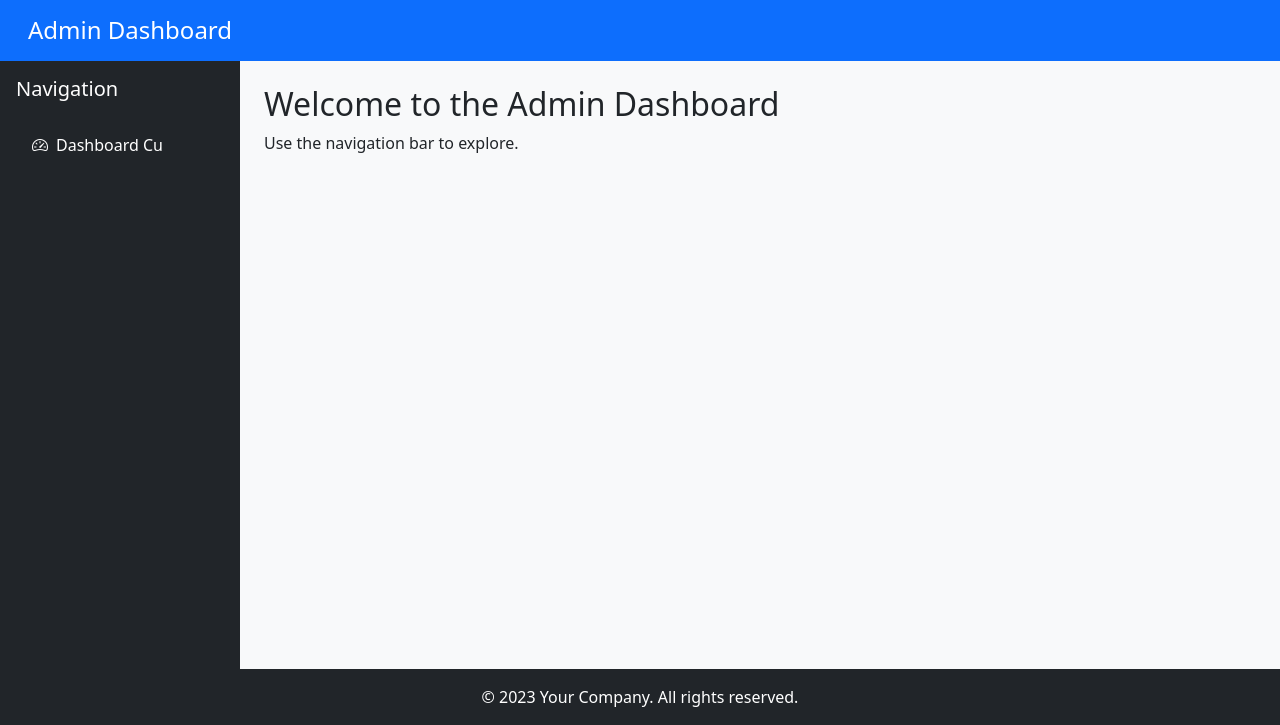
Repository: AbdulqadirSaid/react-market-front-end
Page: /admin-dash
The author's editor kept a copy of each file at every save. The page is drawn from the files as they stood at one save, then again after a run of saves.
The browser window is 1280 px wide. The pictures show the whole page.
The project was rebuilt for these pictures with package versions that can differ from the ones it lists, and the page was loaded fresh each time. Also part of the build but not shown: src/LoginForm.js, src/App.css, src/owner/OwnerDashboard.js, src/customer/CustomerDashboard.js.

Above is the page before, as saved 2025-06-01 16:38:58.

After the next 2 saves:
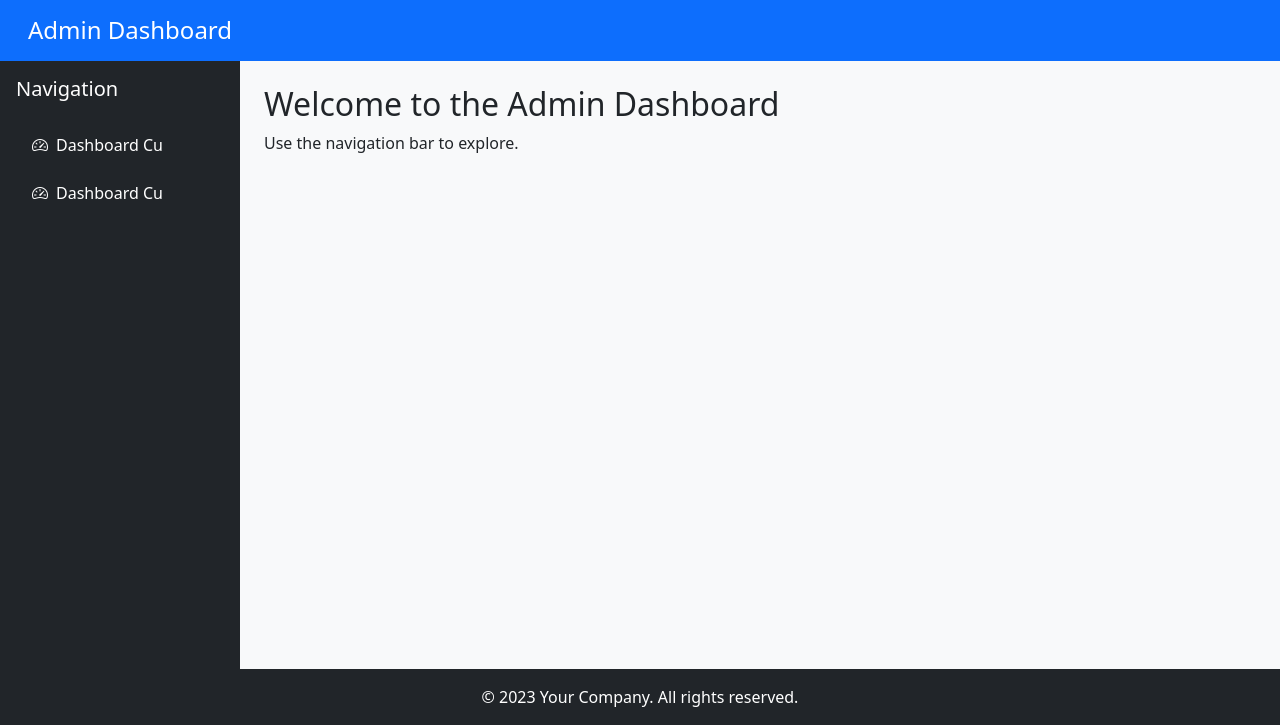
The 2 saves are shown as one change because they came seconds apart.
The last was saved 19 s later.
--- a/src/components/Links.js
+++ b/src/components/Links.js
@@ -12,6 +12,8 @@ const links = {
 
     Customer:[
         {label:'Dashboard Cu', path:'/dashboard', icon: 'dashboard'},
+        {label:'Dashboard Cu', path:'/dashboard', icon: 'dashboard'},
+
 
     ]
 
